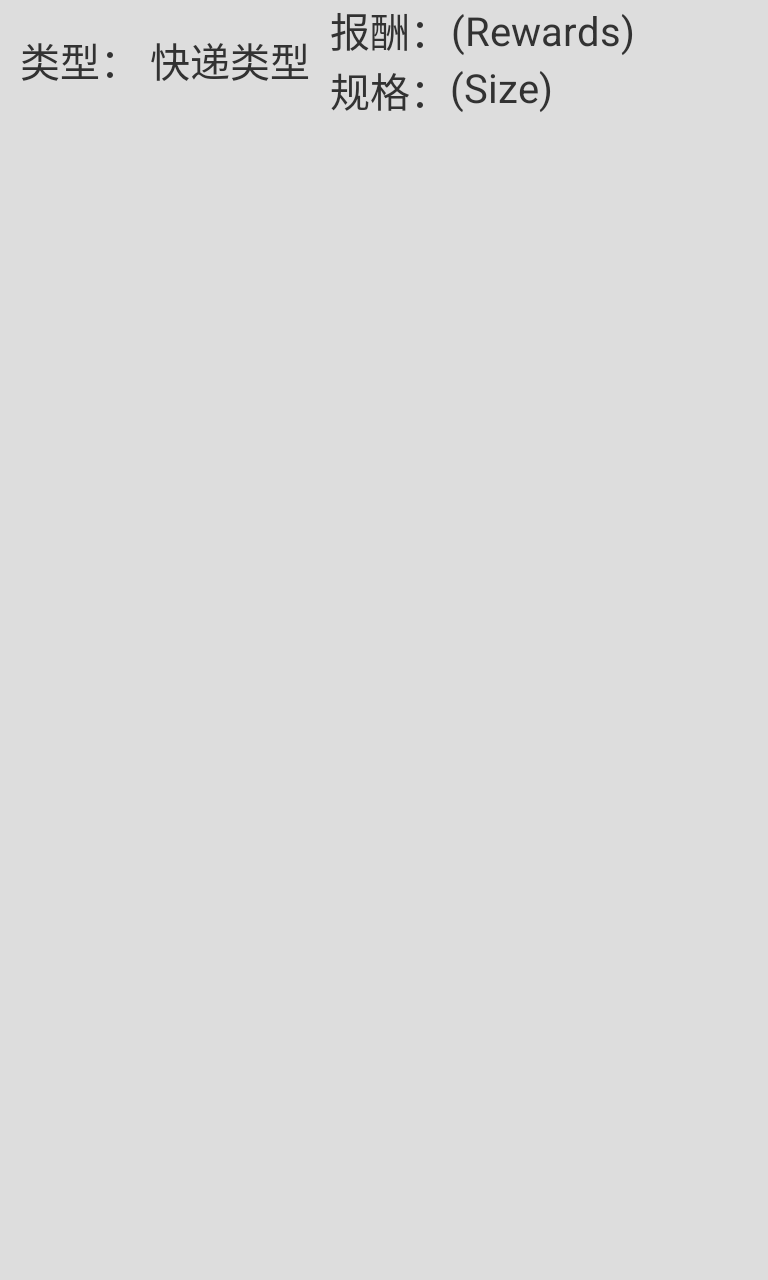
Repository: fariashen/campus-express
Layout: easyCourier/res/layout/item_request.xml
An editor plug-in stored every save of this project. The layout is shown before and after the next save, followed by the edit.
It is drawn on a 768 x 1280 px phone screen (xhdpi) without system bars, with theme AppTheme; the app's code is not run. The app's manifest (not shown) leaves right-to-left support off. So textAlignment, textDirection and layoutDirection are ignored, and left and right values win over start and end ones.

Above is the layout before, as saved 2016-04-25 06:49:48.

After the next save:
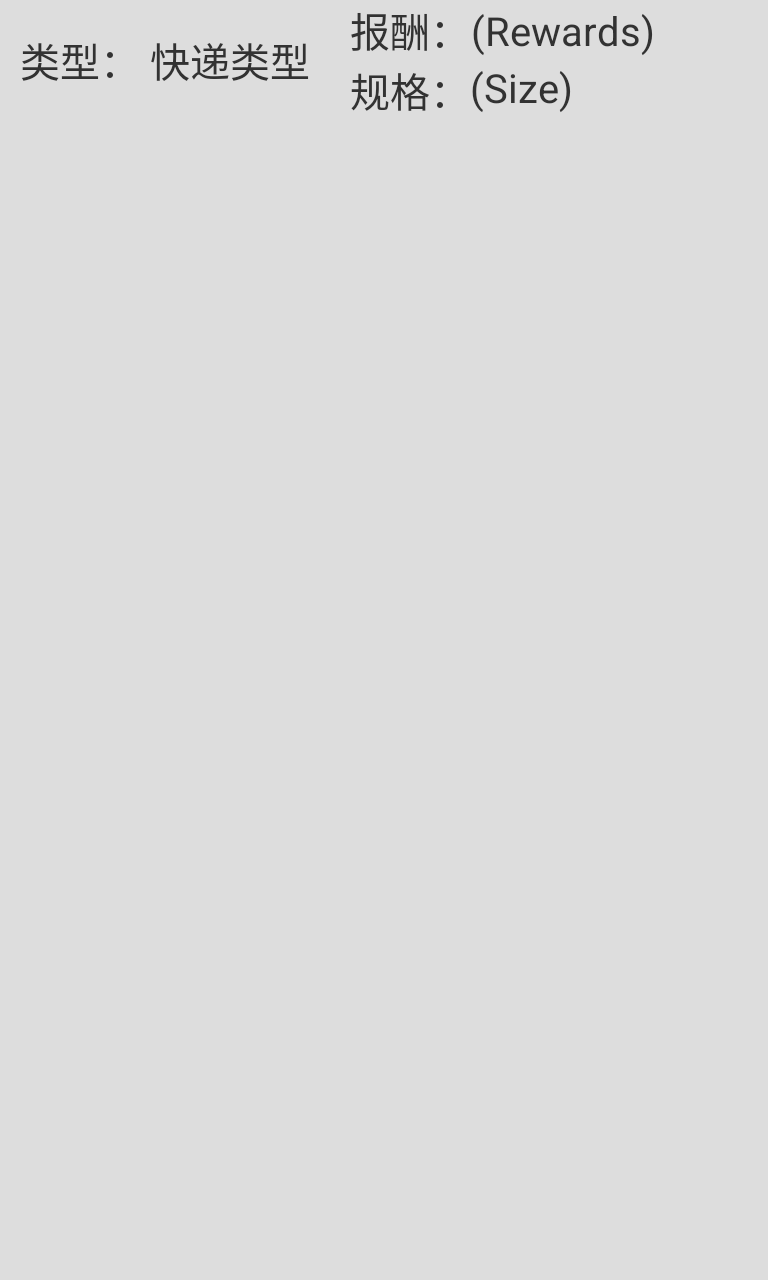
Saved 11 s later.
--- a/easyCourier/res/layout/item_request.xml
+++ b/easyCourier/res/layout/item_request.xml
@@ -19,7 +19,7 @@
 
     <TextView
         android:id="@+id/tv_itemKinds"
-        android:layout_width="80dp"
+        android:layout_width="90dp"
         android:layout_height="wrap_content"
         android:layout_marginTop="15dp"
         android:layout_marginLeft="5dp"

After the save that followed:
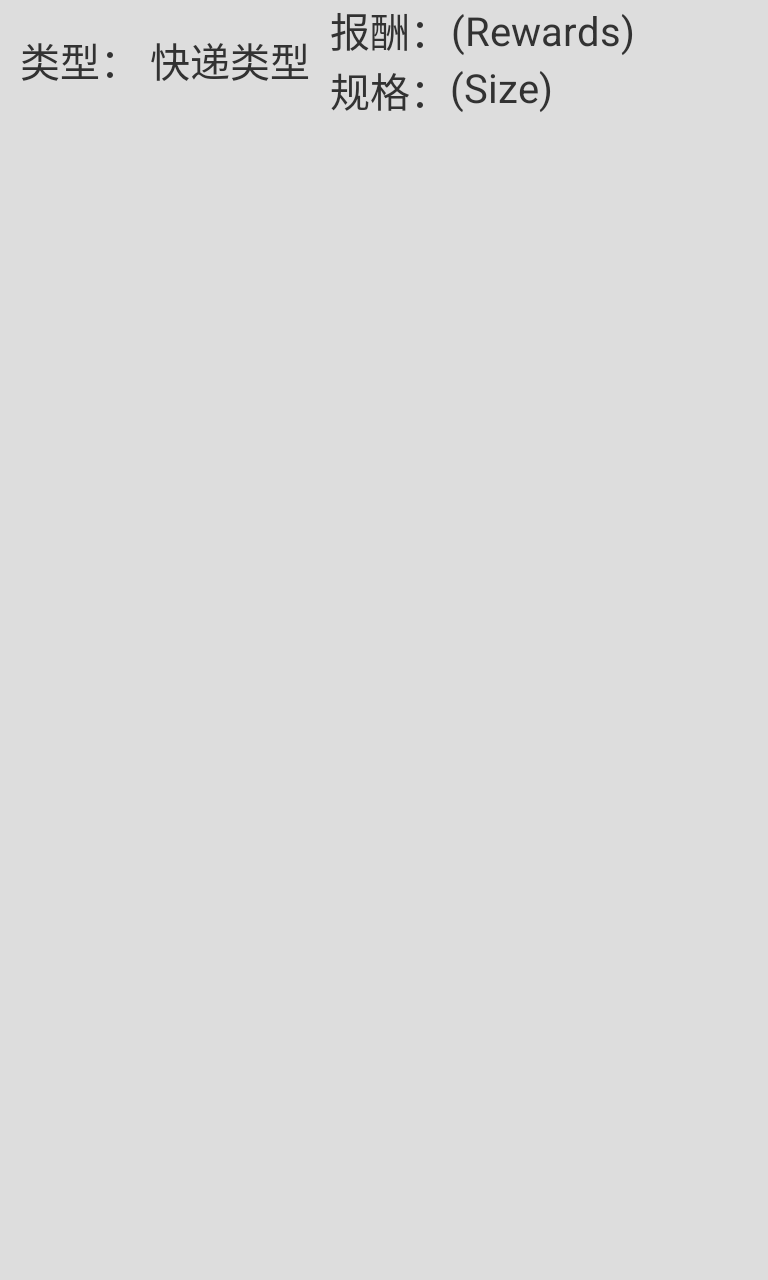
Saved 18 s later.
--- a/easyCourier/res/layout/item_request.xml
+++ b/easyCourier/res/layout/item_request.xml
@@ -31,7 +31,6 @@
         android:id="@+id/tv_tip_itemReward"
         android:layout_width="wrap_content"
         android:layout_height="30dp"
-        android:layout_marginLeft="10dp"
         android:layout_toEndOf="@id/tv_itemKinds"
         android:text="报酬："
         android:textSize="20sp" />
@@ -53,7 +52,6 @@
         android:layout_height="30dp"
         android:layout_toEndOf="@id/tv_itemKinds"
         android:layout_below="@id/tv_tip_itemReward"
-        android:layout_marginLeft="10dp"
         android:text="规格："
         android:textSize="20sp" />
 
